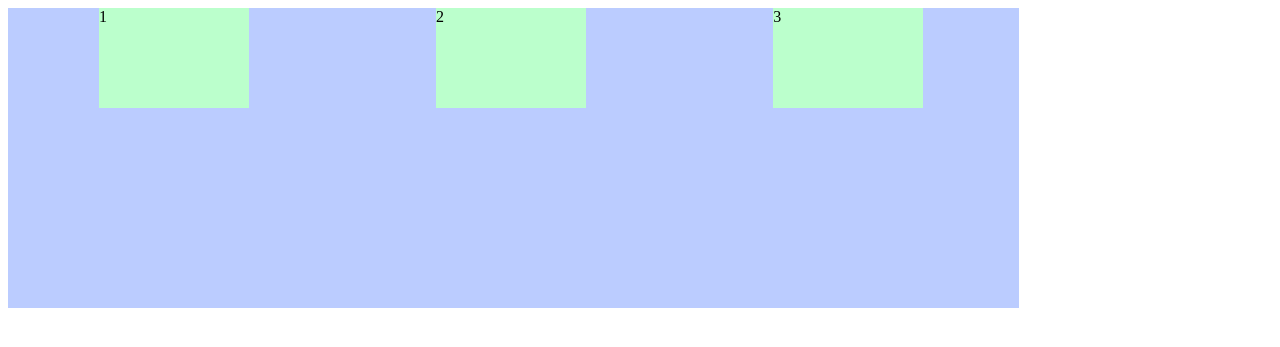
Repository: liutian97/learn1
Page: 移动端web开发/代码/2. Flex 伸缩布局/01-flex布局体验.html
The author's editor kept a copy of each file at every save. The page is drawn from the files as they stood at one save, then again after the next save.
The browser window is 1280 px wide. The pictures show the whole page.

Above is the page before, as saved 2022-07-02 16:24:25.

### 移动端web开发/代码/2. Flex 伸缩布局/01-flex布局体验.html
<!DOCTYPE html>
<html lang="en">

<head>
  <meta charset="UTF-8">
  <meta http-equiv="X-UA-Compatible" content="IE=edge">
  <meta name="viewport" content="width=device-width, initial-scale=1.0">
  <title>Document</title>
  <style>
    div{
      width: 80%;
      height: 300px;
      background-color: #bcf;
      display: flex;
      justify-content:space-around
    }
    div span {
      width: 150px;
      height: 100px;
      margin-right: 5px;
      background-color: #bfc;

    }
  </style>
</head>

<body>
  <div>
    <span>1</span>
    <span>2</span>
    <span>3</span>
  </div>
</body>

</html>



<!-- <!DOCTYPE html>
<html lang="en">

<head>
  <meta charset="UTF-8">
  <meta name="viewport" content="width=device-width, initial-scale=1.0">
  <meta http-equiv="X-UA-Compatible" content="ie=edge">
  <title>Document</title>
  <style>
    div {
      display: flex;
      width: 80%;
      height: 300px;
      background-color: pink;
      justify-content: space-around;
    }

    div span {
      /* width: 150px; */
      height: 100px;
      background-color: purple;
      margin-right: 5px;
      flex: 1;
    }
  </style>
</head>

<body>
  <div>
    <span>1</span>
    <span>2</span>
    <span>3</span>
  </div>
</body>

</html> -->

After the next save:
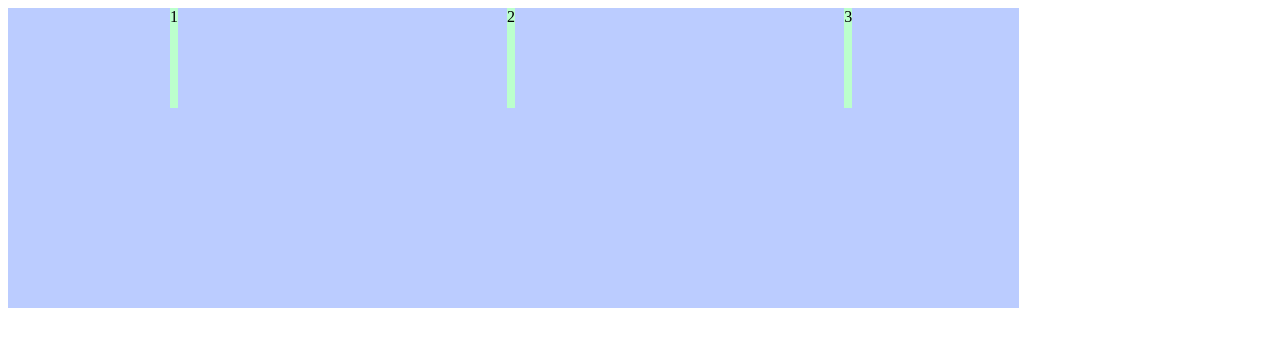
Saved 13 s later.
--- a/移动端web开发/代码/2. Flex 伸缩布局/01-flex布局体验.html
+++ b/移动端web开发/代码/2. Flex 伸缩布局/01-flex布局体验.html
@@ -15,7 +15,7 @@
       justify-content:space-around
     }
     div span {
-      width: 150px;
+      /* width: 150px; */
       height: 100px;
       margin-right: 5px;
       background-color: #bfc;

After the save that followed:
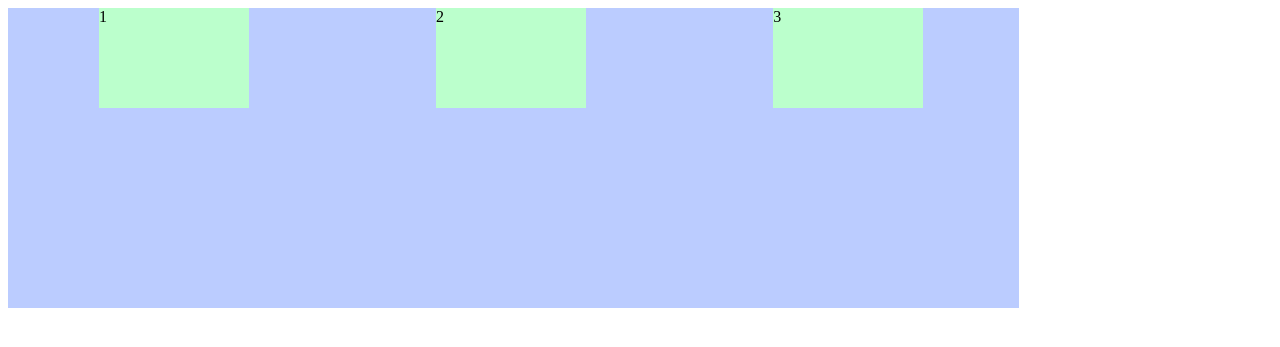
Saved 11 s later.
--- a/移动端web开发/代码/2. Flex 伸缩布局/01-flex布局体验.html
+++ b/移动端web开发/代码/2. Flex 伸缩布局/01-flex布局体验.html
@@ -15,7 +15,7 @@
       justify-content:space-around
     }
     div span {
-      /* width: 150px; */
+      width: 150px;
       height: 100px;
       margin-right: 5px;
       background-color: #bfc;
